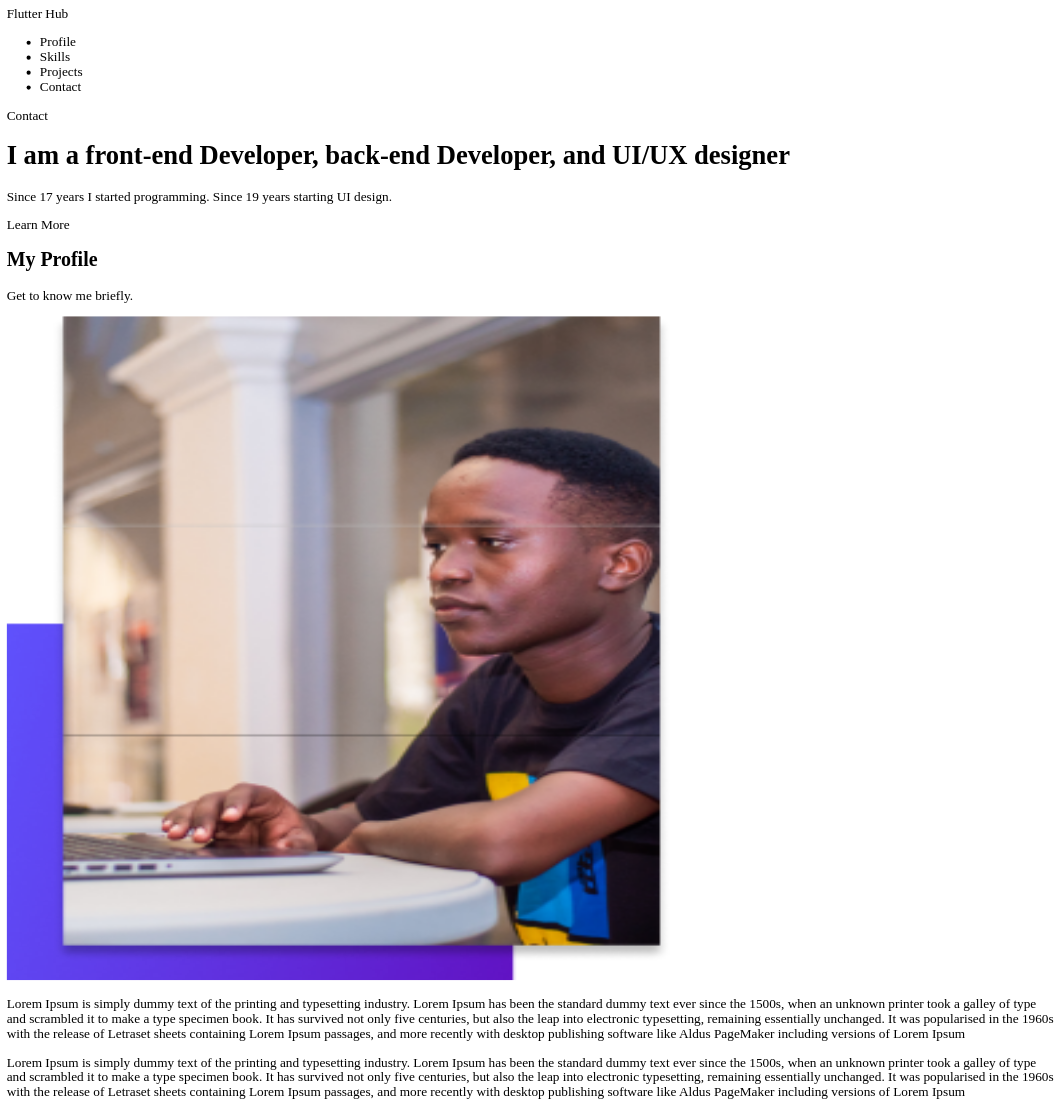
Repository: fhub-1/tutorial
Page: /
These files come from the project's save history. The page is drawn as it stood at one moment and after the next save; the edit follows.
The browser window is 1280 px wide. The pictures show the whole page, at 83% of full size.
The project was rebuilt for these pictures with package versions that can differ from the ones it lists, and the page was loaded fresh each time. The framework's server and built-in components were replaced by stand-ins that run in the browser. Also part of the build but not shown: next.config.js.

Above is the page before, as saved 2021-06-22 15:06:56.

After the next save:
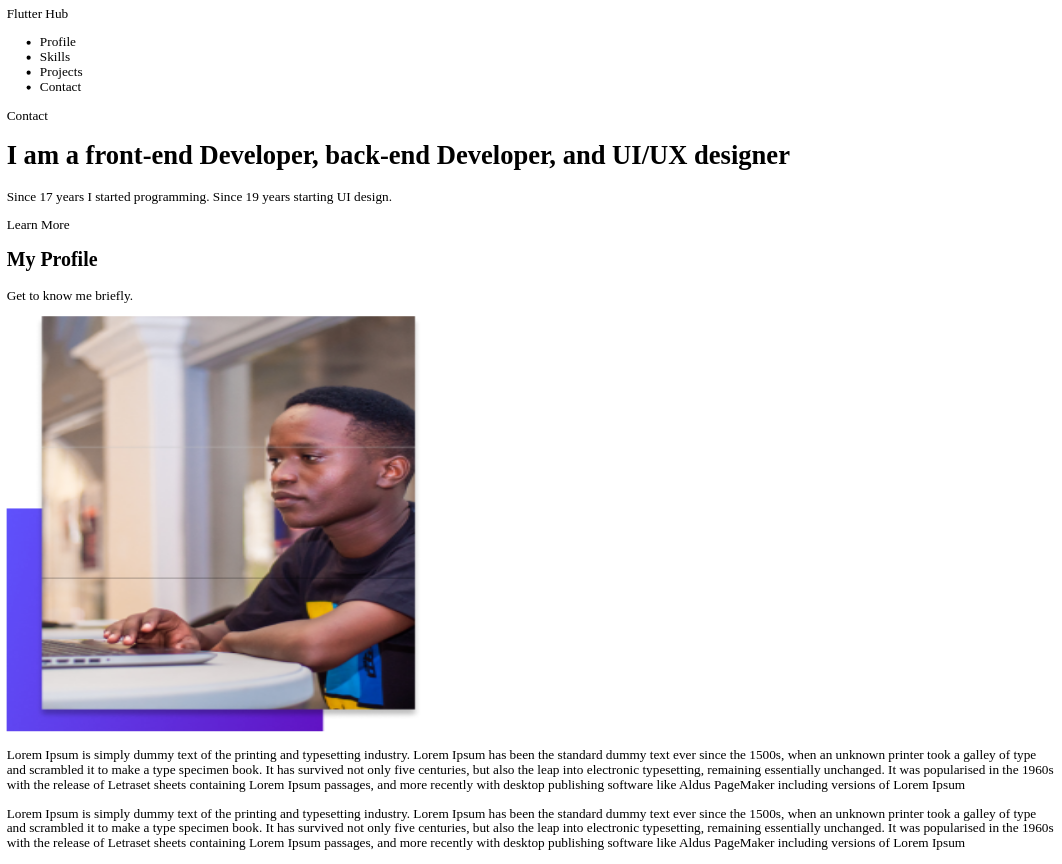
Saved 43 s later.
--- a/pages/index.js
+++ b/pages/index.js
@@ -43,12 +43,7 @@
           <p className="text-center text-gray-400 text-lg mt-2">Get to know me briefly.</p>
           <div className="flex">
             <div className="w-4/12">
-              <Image
-                src="/me.png"
-                height={800}
-                width={800}
-                alt="profile image"
-                className="w-full" />
+              <img src="/me.png" width={500} height={500}/>
                 {/* <img src="/me.png" className="w-full"/> */}
             </div>
             <div className="w-8/12">
